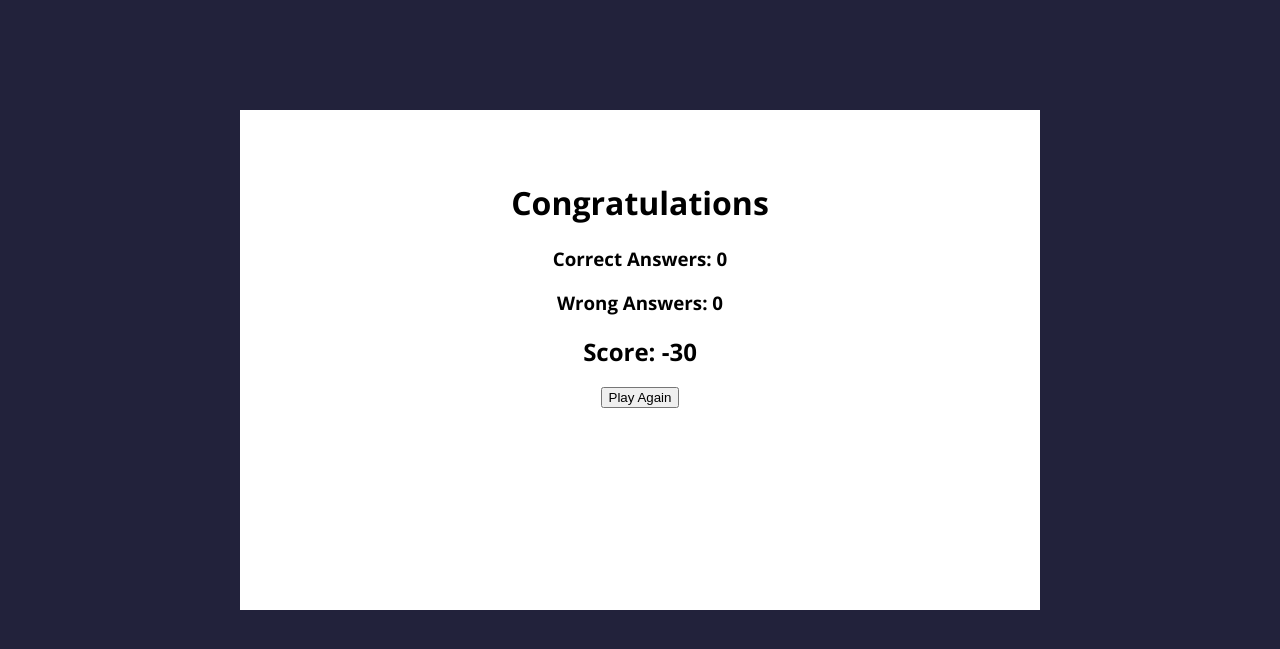
Repository: Wanglongzhi2001/Learn-javascript
Page: quiz/quiz.html
These files come from the project's save history. The page is drawn as it stood at one moment and after the next save; the edit follows.
The browser window is 1280 px wide. The pictures show the whole page.

Above is the page before, as saved 2023-02-02 19:44:10.

After the next save:
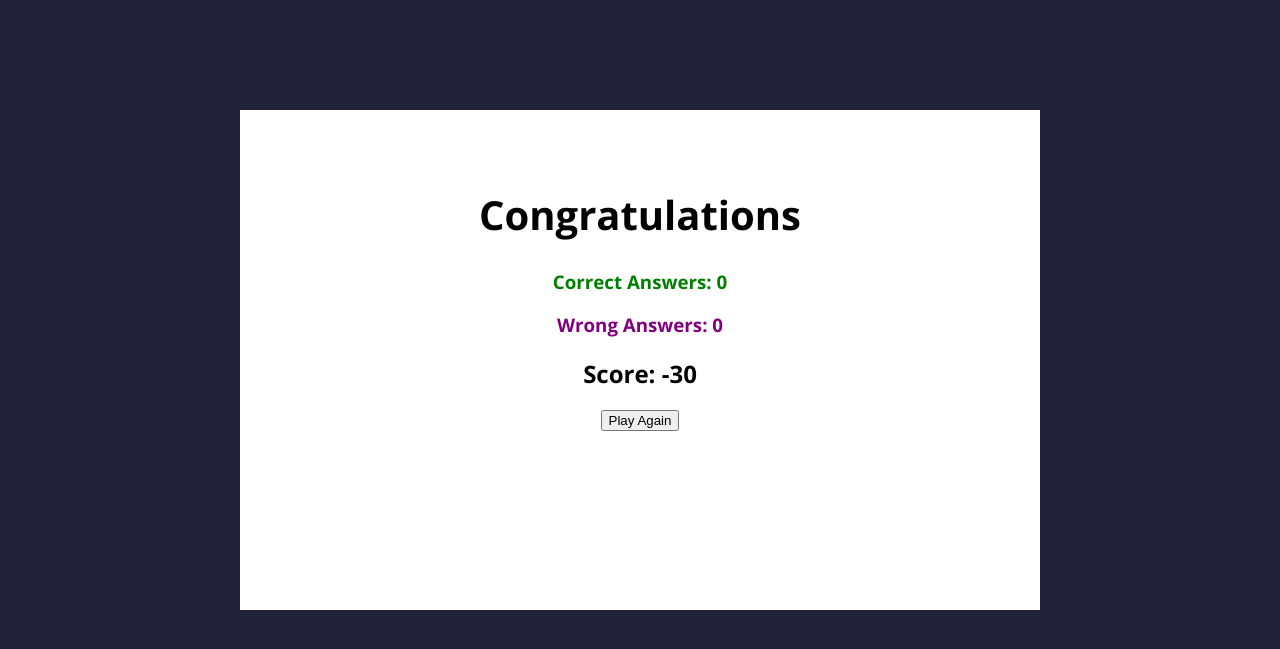
Saved 92 s later.
--- a/quiz/quiz.css
+++ b/quiz/quiz.css
@@ -42,8 +42,21 @@ body{
 .game{
     display: none;
 }
+
 .result{
     /* display: none; */
     padding: 50px;
     text-align: center;
 }
+
+.result h1{
+    font-size: 40px;
+}
+
+.correct{
+    color: green;
+}
+
+.wrong{
+    color: purple;
+}
